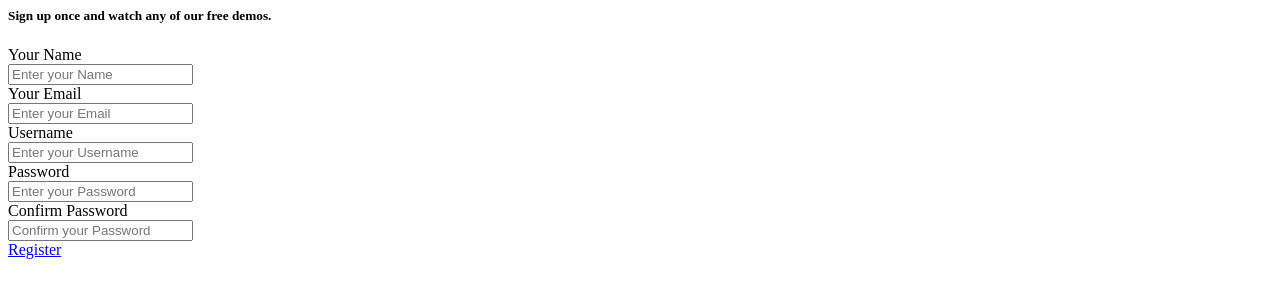
Repository: aneishkumar/AngularJS-Application
Page: Angularjs-Application-march16th/project2/WebContent/register.html
An editor plug-in stored every save of this project. The page is shown before and after the next save, followed by the edit.
The browser window is 1280 px wide. The pictures show the whole page.

Above is the page before, as saved 2018-03-15 19:09:28.

After the next save:
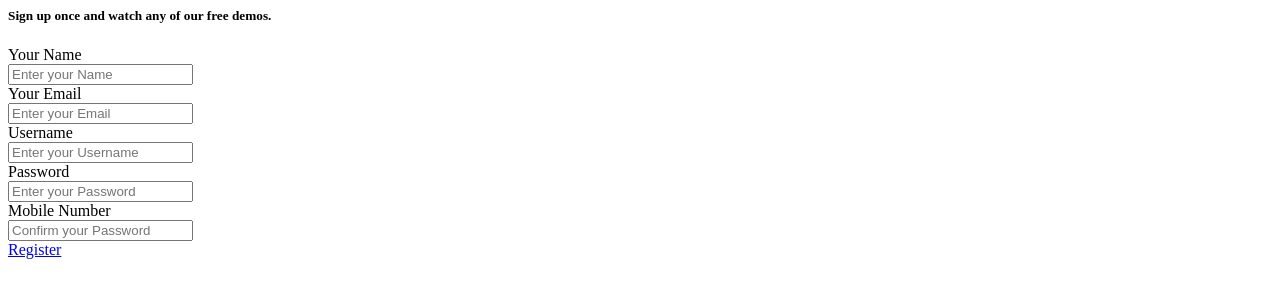
Saved 72 s later.
--- a/Angularjs-Application-march16th/project2/WebContent/register.html
+++ b/Angularjs-Application-march16th/project2/WebContent/register.html
@@ -29,7 +29,7 @@
 							<div class="cols-sm-10">
 								<div class="input-group">
 									<span class="input-group-addon"><i class="fa fa-users fa" aria-hidden="true"></i></span>
-									<input type="text" class="form-control" name="username" ng-model="user.firstname"  placeholder="Enter your Username"/>
+									<input type="text" class="form-control" name="username" ng-model="user.USERNAME"  placeholder="Enter your Username"/>
 								</div>
 							</div>
 						</div>
@@ -39,13 +39,13 @@
 							<div class="cols-sm-10">
 								<div class="input-group">
 									<span class="input-group-addon"><i class="fa fa-lock fa-lg" aria-hidden="true"></i></span>
-									<input type="password" class="form-control" name="password" id="password"  placeholder="Enter your Password"/>
+									<input type="password" class="form-control" name="password" ng-model="user.password"  placeholder="Enter your Password"/>
 								</div>
 							</div>
 						</div>
 
 						<div class="form-group">
-							<label for="confirm" class="cols-sm-2 control-label">Confirm Password</label>
+							<label for="confirm" class="cols-sm-2 control-label">Mobile Number</label>
 							<div class="cols-sm-10">
 								<div class="input-group">
 									<span class="input-group-addon"><i class="fa fa-lock fa-lg" aria-hidden="true"></i></span>
